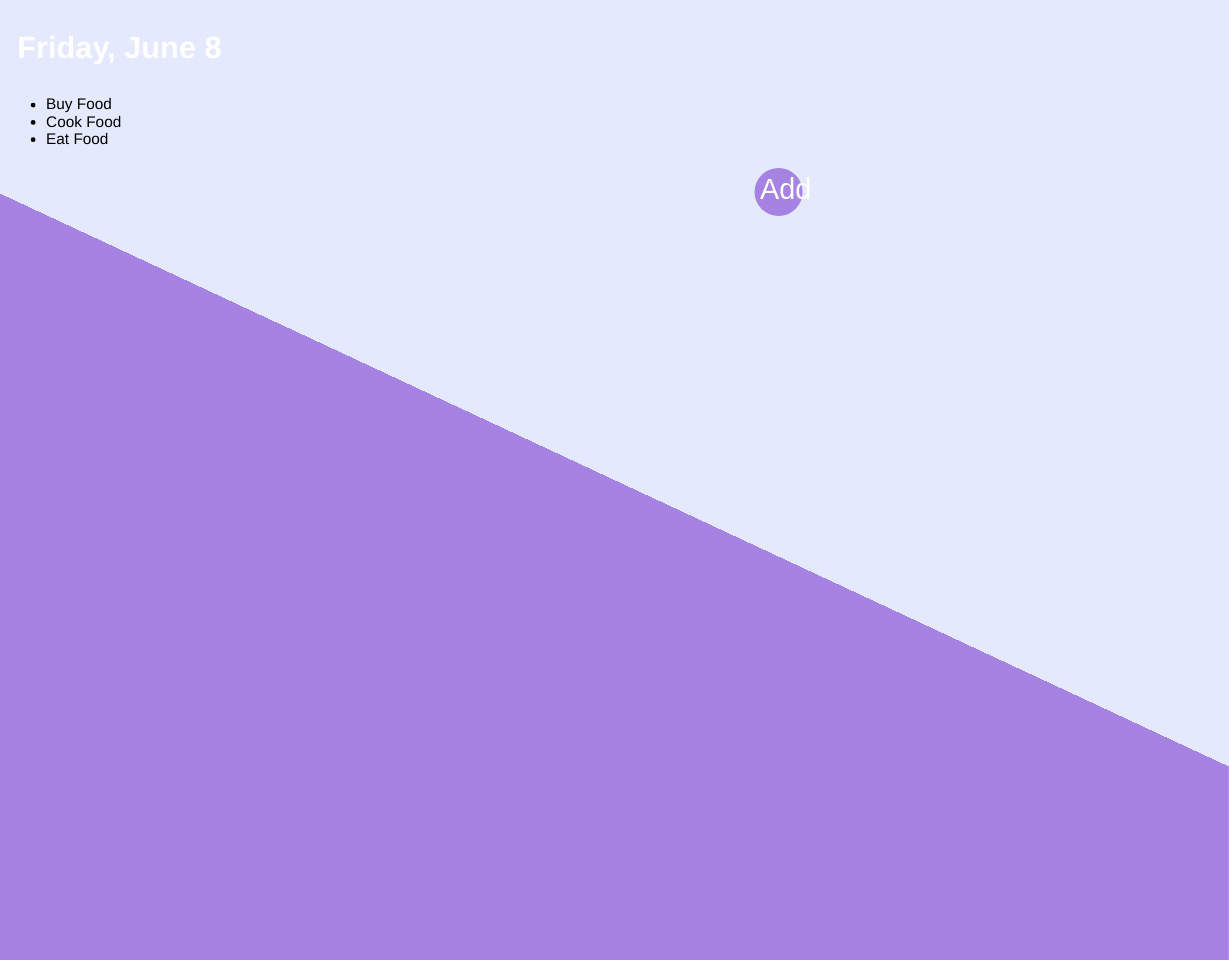
Repository: DESTINYAS/ToDo-List
Page: http://localhost/
An editor plug-in stored every save of this project. The page is shown before and after the next save, followed by the edit.
The browser window is 1280 px wide. The pictures show the whole page, at 96% of full size.
The page is served by the project's Node server (app.js).

Above is the page before, as saved 2022-08-24 14:13:47.

After the next save:
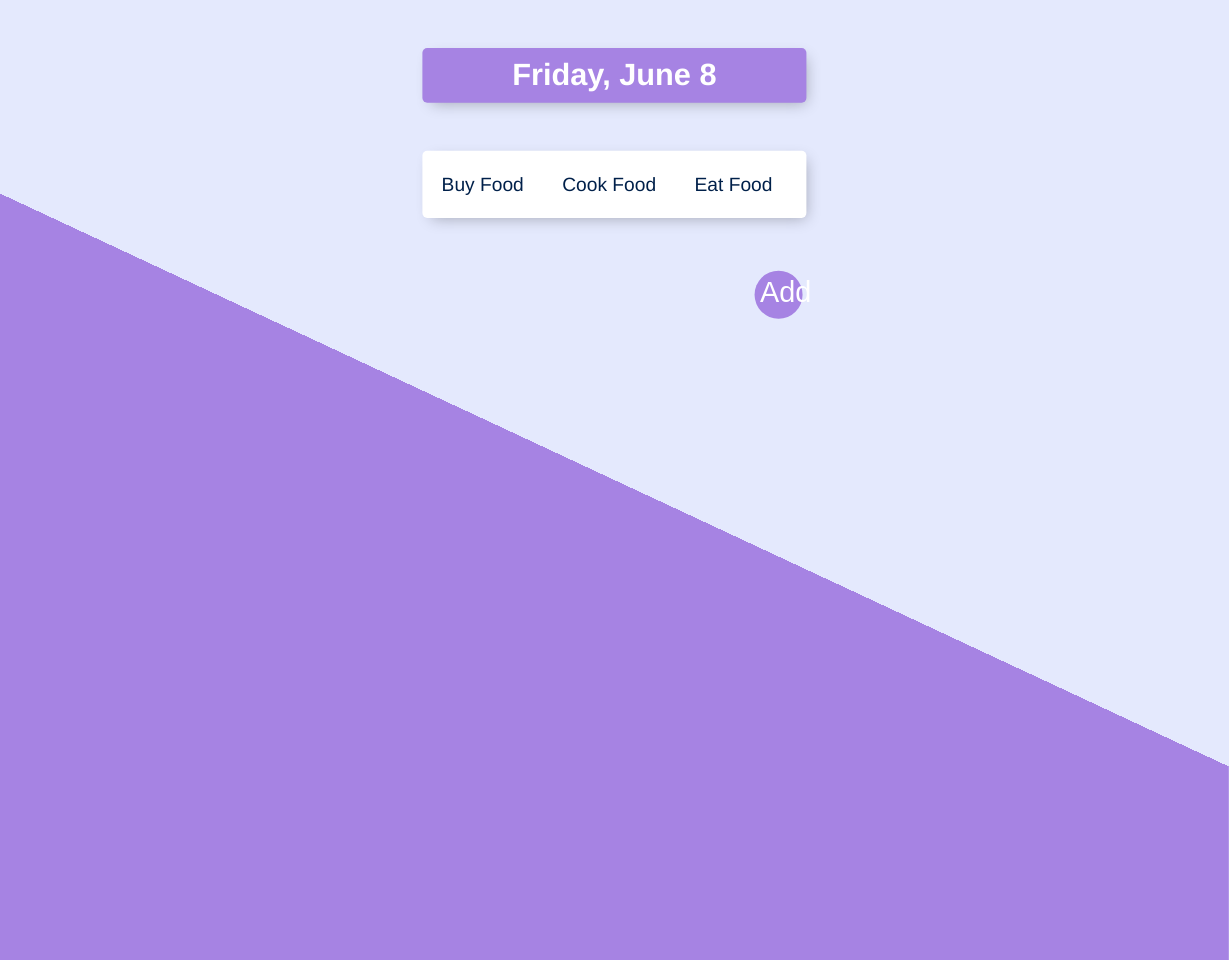
Saved 12 min 23 s later.
--- a/views/list.ejs
+++ b/views/list.ejs
@@ -8,12 +8,19 @@
     <link rel="stylesheet" href="css/styles.css">
   </head>
   <body>
-    <h1><%= kindOfDay %></h1>
-    <ul>
-      <% for( var i=0;i<newListItems.length;i++) {%>
-      <li><%= newListItems[i] %></li>
-      <%}%>
-    </ul>
+    <div class="box" id="heading">
+      <h1><%= kindOfDay %></h1>
+    </div>
+
+    <div class="box">
+      <div class="item">
+        <% for( var i=0;i<newListItems.length;i++) {%>
+          <p><%= newListItems[i] %></p>
+          <%}%>
+      </div>
+
+    </div>
+
     <form class="" action="/" method="post">
       <input type="text" name="newItem" />
       <button type="submit">Add</button>
